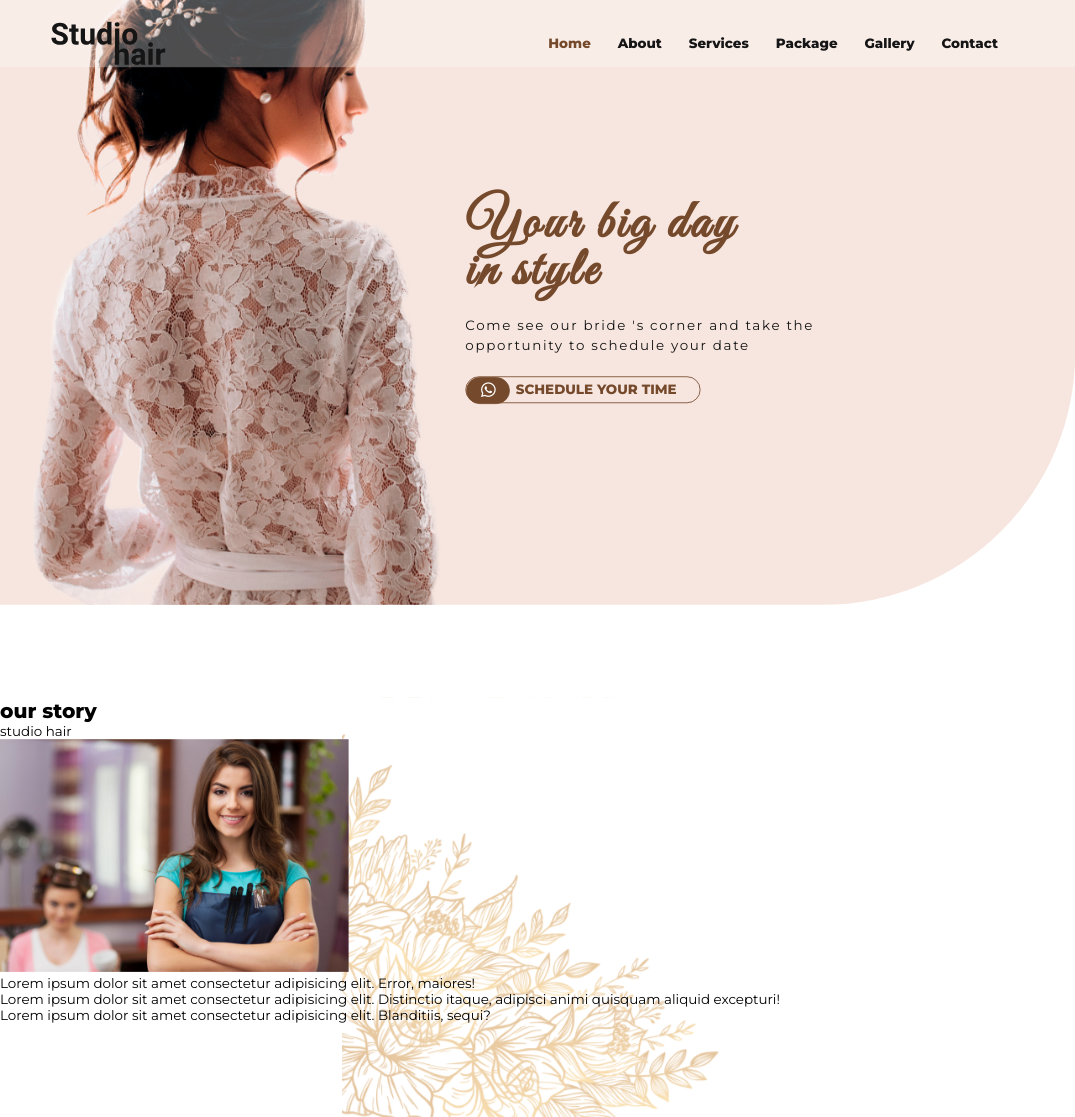
Repository: TuanHuflit2k1/clone-web01
Page: index.html
These files come from the project's save history. The page is drawn as it stood at one moment and after the next save; the edit follows.
The browser window is 1280 px wide. The pictures show the whole page, at 84% of full size.
Some web libraries are served in a nearby version.

Above is the page before, as saved 2022-04-28 11:06:33.

After the next save:
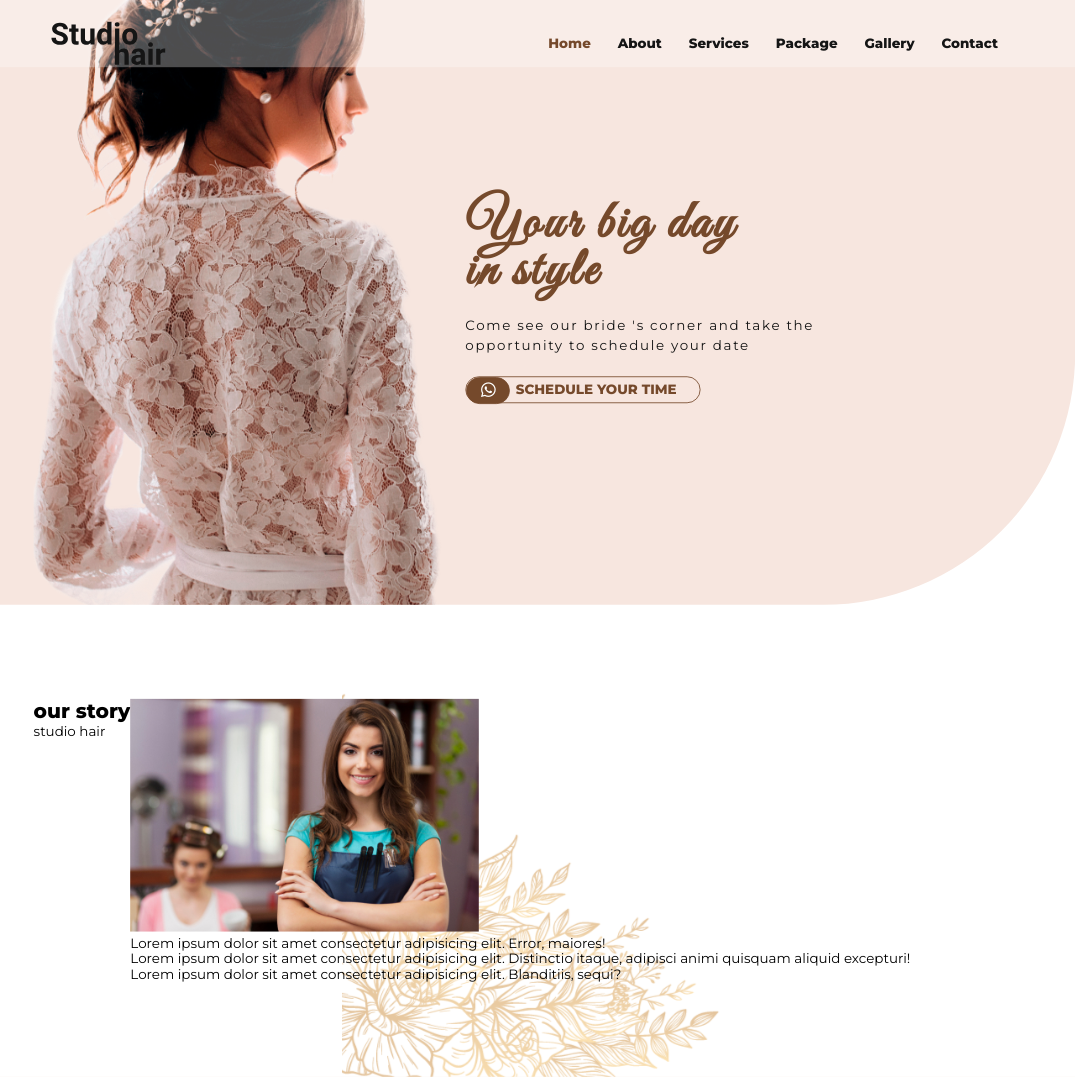
Saved 11 s later.
--- a/style.css
+++ b/style.css
@@ -211,7 +211,7 @@ body {
   background-position: bottom center;
   z-index: -1;
 }
-.about.container {
+.about .container {
   max-width: 1200px;
   margin: 0 auto;
   display: flex;
